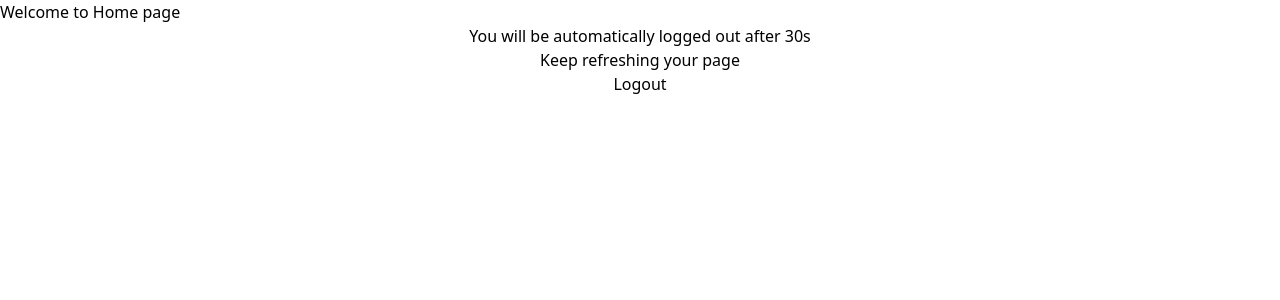
Repository: Sarah7223/internet-programming-tp
Page: TP3/TP03.5.html
These files come from the project's save history. The page is drawn as it stood at one moment and after the next save; the edit follows.
The browser window is 1280 px wide. The pictures show the whole page.
Some web libraries are served in a nearby version.

Above is the page before, as saved 2023-01-15 13:10:41.

### TP3/TP03.5.html
<!DOCTYPE html>
<html lang="en">

<head>
    <style>
       .background {
            display:flex;
            width: 100%;
            height: 100%;
            margin: auto;
            flex-direction: column;
            justify-content: center;
            align-items: center;

        }
        .text{
            display: flex;
            align-self:flex-start;
            margin-left : 420px;
        }
        .box{
            display: flex;
            width: 600px;
            height: 600px;
            border: solid 0.3em;
            border-color: grey;
            flex-direction: column;
            justify-content: center;
            align-items: center;
        }
        .icon{
            width: 400px;

        }
        .bold{
            display: flex;
            align-self:flex-start;
            margin-left : 20px;
            font-weight:bold;
        }
        input{
            display: flex;
            align-self:center;
            border: solid 0.05em;
            width: 95%;
        }
        .but{
            margin-top: 20px;
            display:flex;
            background-color: rgb(63, 179, 115);
            height: 40px;
            width: 90%;
            border-radius:10px;
            color: white;
            text-align: center;
            justify-content: center;

        }
        h1{
            display: flex;
            align-self: flex-start;
            font-weight: bold;
            font-size: 30px;
        }
    </style>
</head>

<body>

   <div class="background">
    <!--
        <div class="text" >Given login info:</div>
        <div class="text">Email: gic@gmail.com</div>
        <div class="text">Pwd: Gic123</div>
        <div class="box">
            <img class="icon" src="./authentification.png"/>

            <div class="bold">Email</div>
            <input id="email" type="text" placeholder="Enter email"/>
            <div class="bold">Password</div>
            <input id="password" type="text" placeholder="Enter password"/>
            <div class="but">
                <button id="login" onclick="login()" type="button">Login</button>
            </div>
        </div>
    -->
        <h1>Welcome to Home page</h1>
        <div>You will be automatically logged out after 30s</div>
        <div>Keep refreshing your page</div>
        <button onclick="logout()" typ="button">Logout</button>

   </div>

   <script src="https://cdn.tailwindcss.com"></script>
    <script>

        function login(){
            if(document.getElementById("email").value=='gic@gmail.com' && document.getElementById("password").value== 'Gic123'){
                var date = new Date();
                date.setTime(date.getTime() + (30 * 1000));
                var myobject = {key: document.getElementById("email").value , value:document.getElementById("password").value};
                let expires = "expires="+ date.toUTCString();
                document.cookie = myobject.key + "=" + myobject.value + ";" + expires + ";path=/";
                console.log(document.cookie);
            }

        }
    </script>
</body>


</html>

After the next save:
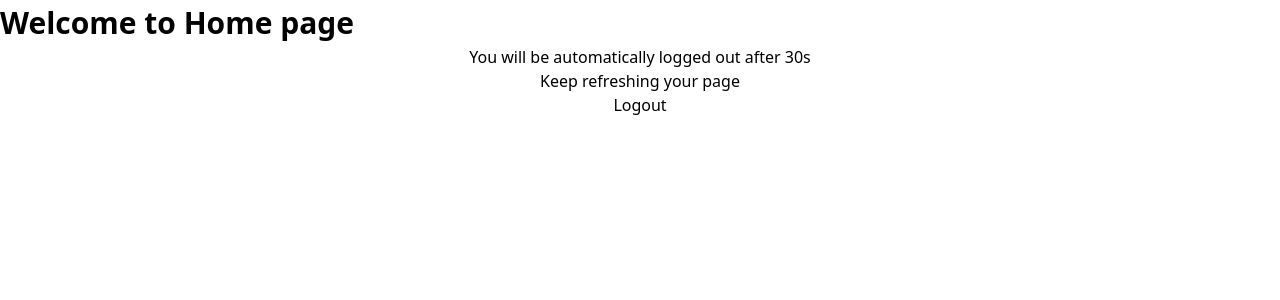
Saved 37 s later.
--- a/TP3/TP03.5.html
+++ b/TP3/TP03.5.html
@@ -56,7 +56,7 @@
             justify-content: center;
 
         }
-        h1{
+        .titre{
             display: flex;
             align-self: flex-start;
             font-weight: bold;
@@ -84,7 +84,7 @@
             </div>
         </div>
     -->
-        <h1>Welcome to Home page</h1>
+        <div class="titre">Welcome to Home page</div>
         <div>You will be automatically logged out after 30s</div>
         <div>Keep refreshing your page</div>
         <button onclick="logout()" typ="button">Logout</button>
